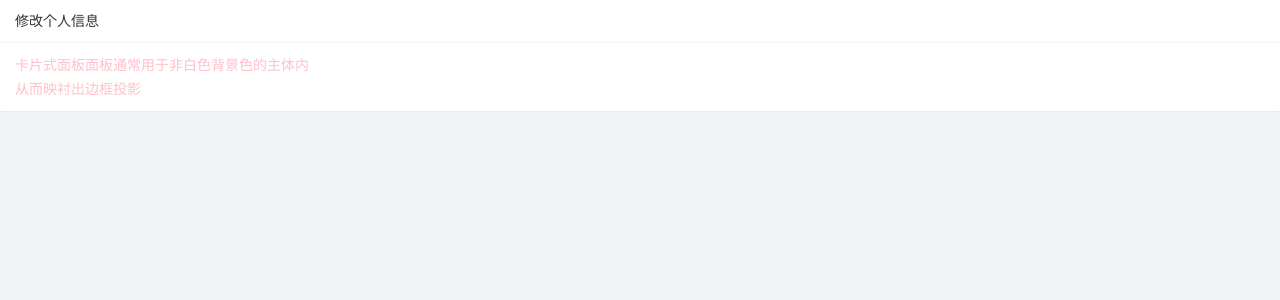
Repository: haloxxi/web_bigevent
Page: user/user-info.html
An editor plug-in stored every save of this project. The page is shown before and after the next save, followed by the edit.
The browser window is 1280 px wide. The pictures show the whole page.

Above is the page before, as saved 2022-06-24 21:35:39.

After the next save:
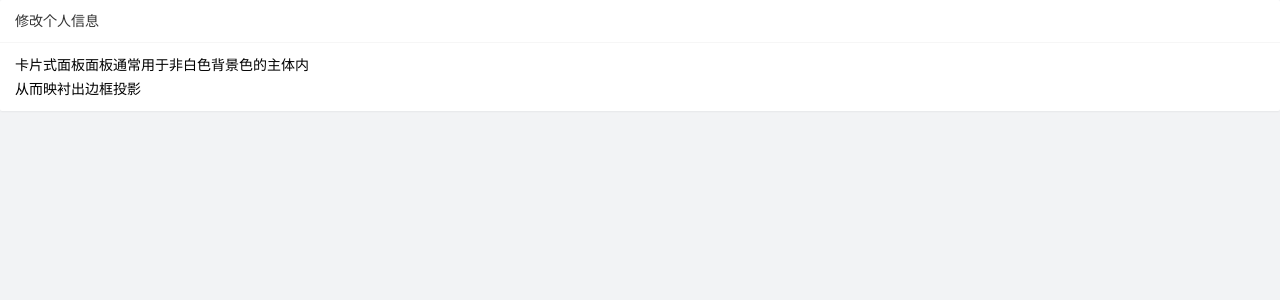
Saved 2 min 0 s later.
--- a/assets/css/user/user-info.css
+++ b/assets/css/user/user-info.css
@@ -5,5 +5,4 @@
 
 body {
     background-color: #f2f3f5;
-    color: pink;
 }
